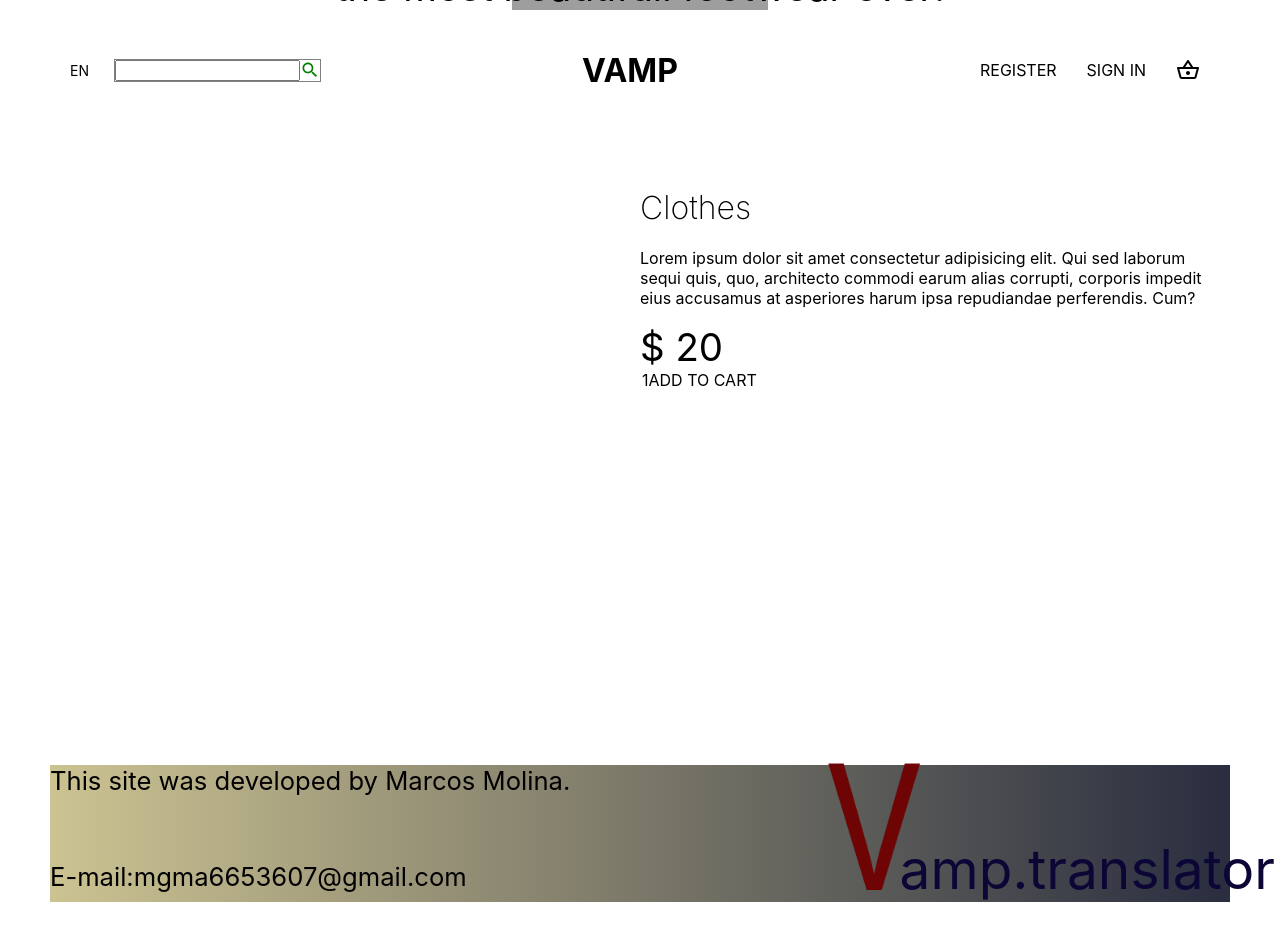
Repository: mgma2005/ecoeli
Page: /
These files come from the project's save history. The page is drawn as it stood at one moment and after the next save; the edit follows.
The browser window is 1280 px wide. The pictures show the part of the page from y = 163 to 1115 px (the page is 1115 px tall before and 997 px after).
Pictures or frames that could not be fetched are drawn as grey boxes. The project was rebuilt for these pictures with package versions that can differ from the ones it lists, and the page was loaded fresh each time. Also part of the build but not shown: src/App.css.

Above is the page before, as saved 2022-05-14 17:29:14.

### src/App.js

import './App.css';
//import Home from './pages/Home';
import React from 'react';
//import ProductList from './pages/ProductList';
import Product from './pages/Product';


function App() {
  return <Product />
}

export default App;

### src/pages/Product.jsx
import { Add } from "@material-ui/icons";
import { Remove } from "@material-ui/icons";
import styled from "styled-components";
//import Product from '../pages/Product';
import Announcement from "../Components/Announcement";
import Navbar from '../pages/Navbar';
import Footer from '../Components/Footer';




const Container = styled.div`
  padding: 50px;

`;

const Wrapper = styled.div`
  display: flex;
`;

const ImgContainer = styled.div`
  flex: 1;
`;

const Image = styled.div`
  width: 100%;
  height: 90vh;
  object-fit: cover;
`;

const InfoContainer = styled.div`
  flex: 1;
  padding: 0px 50 px;
`;

const Title = styled.h1`
  font-weight: 200;
  margin-top: 20%;
`;

const Desc = styled.p``;

const Price = styled.span`
  font-size: 3vw;
`;

const AddContainer = styled.option`
  display: flex;
  align-items: center;
  width: 50%;
  justify-content: space-between;
`;
const AmountContainer = styled.div`
  display: flex;
  align-items: center;
  font-weight: 700;
`;
const Amount = styled.span``;

const Button = styled.button``;





const Product = ({ item }) => {
  return (
    <Container>
        <Announcement/>
        <Navbar/>
        <Wrapper>
        <ImgContainer>
        <Image src="https://www.tactimex.com/wp-content/uploads/2018/11/Googles1.jpg"/>
        </ImgContainer>
        <InfoContainer>
          <Title>Clothes</Title>
          <Desc>Lorem ipsum dolor sit amet consectetur adipisicing elit. Qui sed laborum sequi quis, quo, architecto commodi earum alias corrupti, corporis impedit eius accusamus at asperiores harum ipsa repudiandae perferendis. Cum? </Desc>
          <Price>$ 20</Price>
          <AddContainer>

            <AmountContainer>
              <Remove/>
              <Amount>1</Amount>
              <Add/>
            </AmountContainer>
            <Button>ADD TO CART</Button>
          </AddContainer>
        </InfoContainer>
      </Wrapper>
      <Footer />
    </Container>
  );
};

export default Product;

### src/Components/Announcement.jsx
import styled from "styled-components";
import React from "react";

const Text = styled.div`
  font-size: 5vw;
  text-align: center;
  background-image: url("https://img.freepik.com/foto-gratis/bandera-argentina-sobre-fondo-blanco_532129-292.jpg?w=900");
  background-size: 20vw;
  background-repeat: no-repeat;
  background-position: center;



`

const P = styled.div`
  font-size: 3vw;
`


const Announcement = () => {
  return (
    <Text>
          Wellcome to Miss Argentina...
        <P>
          the most beautifull footwear ever!
        </P>
    </Text>
  )
}

export default Announcement

### src/pages/Navbar.jsx
import React from 'react';
import styled from 'styled-components';
import { Search, ShoppingBasketOutlined } from "@material-ui/icons";
import { Badge } from '@material-ui/core';



const Container = styled.div`
height: 60px;

`

const Wrapper = styled.div`
padding: 10px 20px;
display: flex;
align-items: center;
justify-content: space-between;

`

const Left = styled.div`
flex: 1;
display: flex;
align-items: center;
`

const Language = styled.span`
    font-size: 14px;
    cursor: pointer;
`

const SearchContainer = styled.div`
    border: 1px solid gray;
    display: flex;
    align-items: center;
    margin-left: 25px;
`

const Input = styled.input`
    border= none;
`
const Logo = styled.h1`
    font-weight: bold;
`


const Center = styled.div`
flex: 1;
text-align: center;
`
const Right = styled.div`
flex: 1;
display: flex;
align-items: center;
justify-content: flex-end;
`

const MenuItem = styled.div`
    font-size= 14px;
    cursor: pointer;
`

function Navbar() {
    return (
        <Container>
            <Wrapper>
            <Left>
               <Language>EN</Language>
               <SearchContainer>
                   <Input/>
                   <Search style={{color:"green", fontSize: 20}}/>
               </SearchContainer>
            </Left>
            <Center><Logo>VAMP</Logo></Center>
            <Right style={{padding: 5, margin: 5}}>
                <MenuItem>REGISTER</MenuItem>
                <MenuItem style={{padding: 30}}>SIGN IN</MenuItem>
                <MenuItem>
                <Badge badgecontent={4} color="primary">
                    <ShoppingBasketOutlined/>
                </Badge>
                </MenuItem>

            </Right>
            </Wrapper>
        </Container>
    );
}

export default Navbar;

### src/Components/Footer.jsx
import React from 'react';
import '../style.css';

  function Footer() {
	return (
		<div className="row">
			<div className="cont2">
				<div className="thissite">This site was developed by Marcos Molina.</div>
				<div className="email">E-mail:mgma6653607@gmail.com</div>
				<div className="col-6">
					<div className="V">V</div>
					<div className="ampi">amp.translator</div>
				</div>
			</div>
		</div>
	);
}

export default Footer;

### src/style.css
.cont2{
    margin-top: 10%;
    max-width: 100%;
    height: auto;
    background: linear-gradient(to right, rgb(204, 195, 146),rgb(41, 45, 63));

}

.thissite{
    font-size: 2vw;
    width: 70vw;

    margin-top: -6%;

}

.email{
    font-size: 2vw;
    align-content: center;
    margin-top: 5.5%;

}

.V{

        color: rgb(110, 4, 4);
        font-family: Courier;
        font-size: 15vw;
        margin-left: 64%;
        margin-top: -13.7%;



        animation-name: vamp;
        animation-timing-function: linear;
        animation-duration: 4s;
        -webkit-transform-origin-x: 5vw;
        animation-iteration-count: infinite;
    }
    @keyframes vamp{
        from{transform: rotateY(0deg);}
        to{transform: rotateY(360deg);}
    }


.ampi{
    font-size: 4.3vw;
    margin-left: 72%;
    margin-top: -9.5%;
    color: rgb(11, 6, 53);



}

Loaded but not shown: public/index.html (common file); src/index.js (common file); src/index.css (common file); src/reportWebVitals.js (common file)

After the next save:
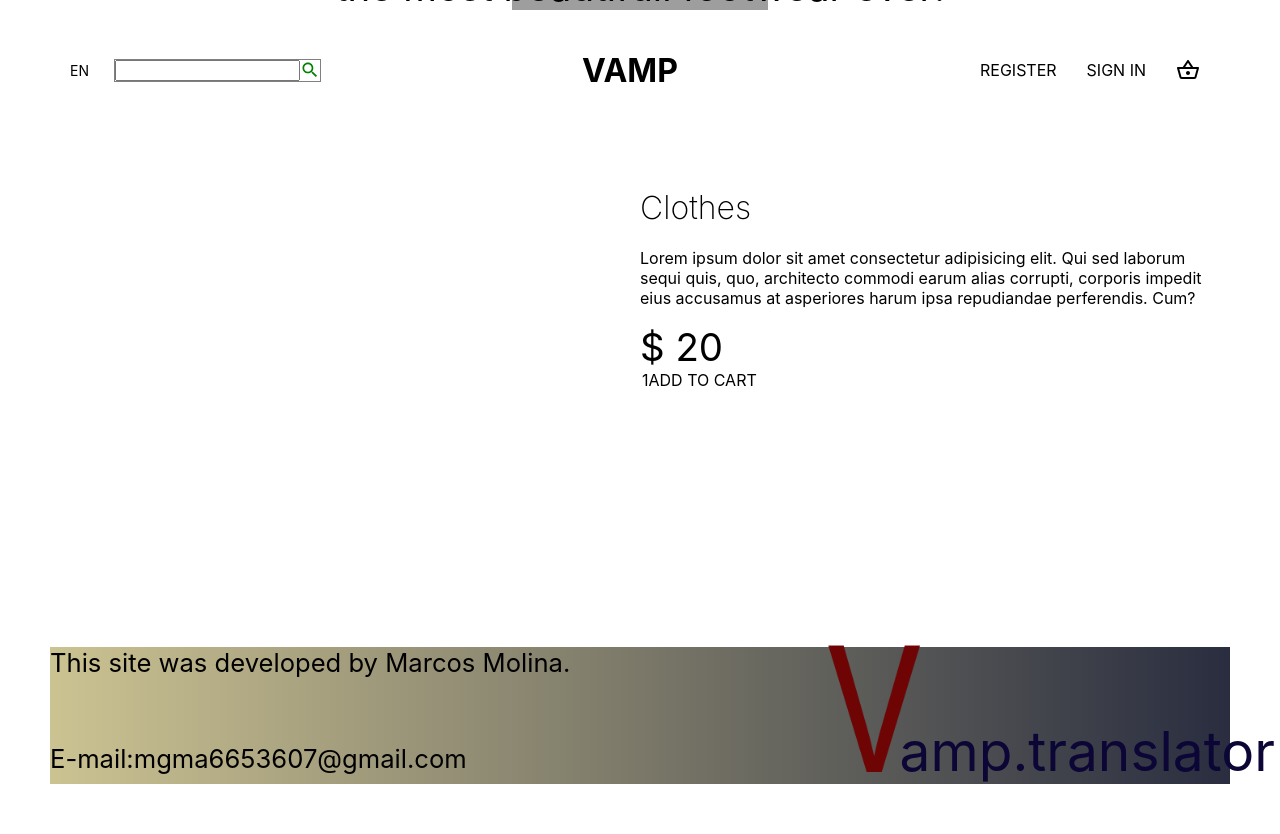
Saved 16 s later.
--- a/src/style.css
+++ b/src/style.css
@@ -1,5 +1,5 @@
 .cont2{
-    margin-top: 10%;
+
     max-width: 100%;
     height: auto;
     background: linear-gradient(to right, rgb(204, 195, 146),rgb(41, 45, 63));
